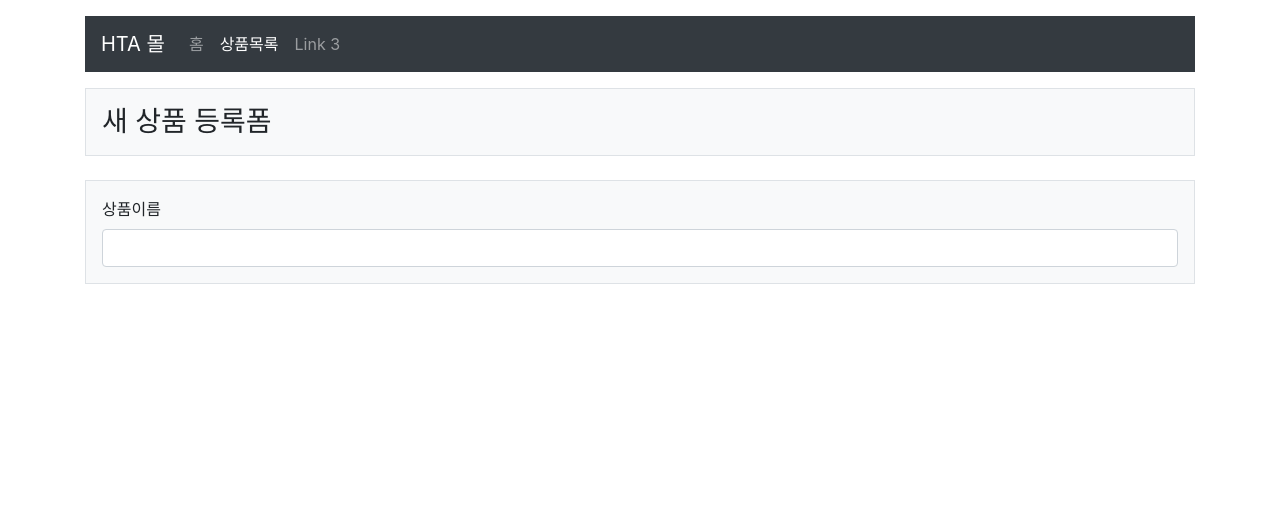
Repository: onuo77/HTA
Page: http://localhost/sample-mybatis/product/form.jsp
An editor plug-in stored every save of this project. The page is shown before and after a run of saves, followed by the edit.
The browser window is 1280 px wide. The pictures show the whole page.
The page is served by Tomcat 9. Other server files are loaded and not shown.

Above is the page before, as saved 2021-05-26 05:29:48.

### java-web/sample-mybatis/src/main/webapp/product/form.jsp
<%@ page contentType="text/html; charset=UTF-8" pageEncoding="UTF-8" %>
<!DOCTYPE html>
<html lang="ko">
<head>
  	<title>Bootstrap 4 Example</title>
  	<meta charset="utf-8">
  	<meta name="viewport" content="width=device-width, initial-scale=1">
  	<link rel="stylesheet" href="https://maxcdn.bootstrapcdn.com/bootstrap/4.5.2/css/bootstrap.min.css">
  	<script src="https://ajax.googleapis.com/ajax/libs/jquery/3.5.1/jquery.min.js"></script>
  	<script src="https://cdnjs.cloudflare.com/ajax/libs/popper.js/1.16.0/umd/popper.min.js"></script>
  	<script src="https://maxcdn.bootstrapcdn.com/bootstrap/4.5.2/js/bootstrap.min.js"></script>
</head>
<body>
<div class="container">
<%
	String navItem = "product";
%>
	<header>
		<%@include file="../common/header.jsp" %>
	</header>
	<main>
		<div class="row mb-3"> <!-- mb-3은 아래쪽 여백을 3만큼 설정한다. -->
			<div class="col-12">
				<h3 class="border p-3 bg-light">새 상품 등록폼</h3>
			</div>
		</div>
		<div class="row">
			<div class="col-12">
				<form action="" class="border p-3 bg-light">
					<label>상품이름</label>
					<input type="text" class="form-control" name="name"/>
				</form>
			</div>
		</div>
	</main>
	<footer>

	</footer>
</div>
</body>
</html>

### java-web/sample-mybatis/src/main/webapp/common/header.jsp
<%@ page pageEncoding="UTF-8"%>
<nav class="navbar navbar-expand-sm bg-dark navbar-dark my-3">
	<a class="navbar-brand" href="">HTA 몰</a>
  	<ul class="navbar-nav">
    	<li class="nav-item <%="home".equals(navItem) ? "active" : "" %>"><a class="nav-link" href="/sample-mybatis/index.jsp">홈</a></li>
    	<li class="nav-item <%="product".equals(navItem) ? "active" : "" %>"><a class="nav-link" href="/sample-mybatis/product/list.jsp">상품목록</a></li>
    	<li class="nav-item"><a class="nav-link" href="#">Link 3</a></li>
  	</ul>
</nav>

After the next 2 saves:
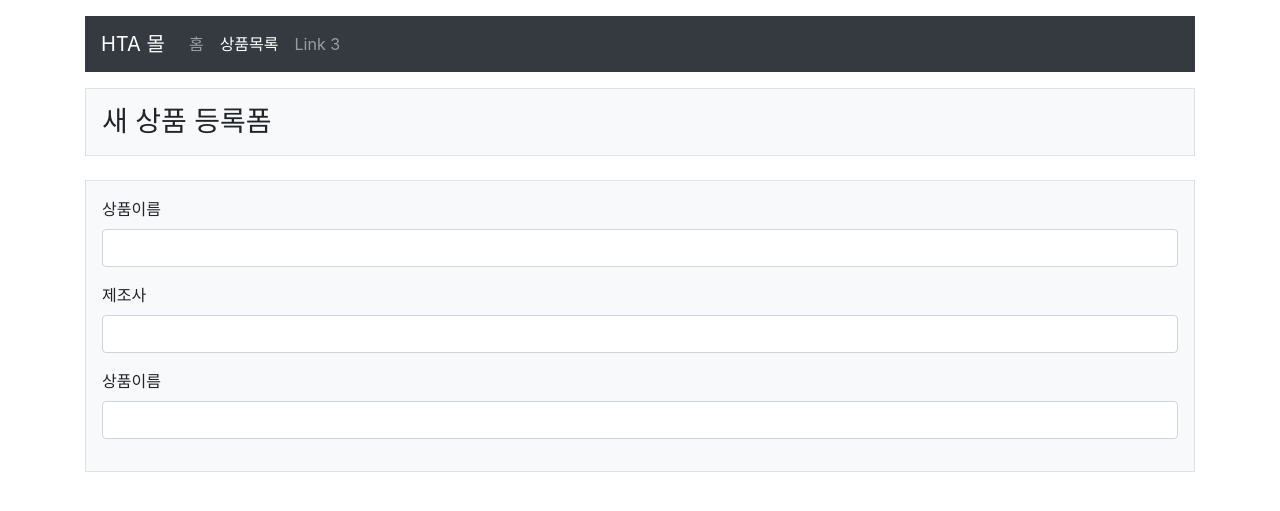
The 2 saves are shown as one change because they came seconds apart.
The last was saved 53 s later.
--- a/java-web/sample-mybatis/src/main/webapp/product/form.jsp
+++ b/java-web/sample-mybatis/src/main/webapp/product/form.jsp
@@ -27,8 +27,18 @@
 		<div class="row">
 			<div class="col-12">
 				<form action="" class="border p-3 bg-light">
-					<label>상품이름</label>
-					<input type="text" class="form-control" name="name"/>
+					<div class="form-group">
+						<label>상품이름</label>
+						<input type="text" class="form-control" name="name"/>
+					</div>
+					<div class="form-group">
+						<label>제조사</label>
+						<input type="text" class="form-control" name="maker"/>
+					</div>
+					<div class="form-group">
+						<label>상품이름</label>
+						<input type="text" class="form-control" name="name"/>
+					</div>
 				</form>
 			</div>
 		</div>
